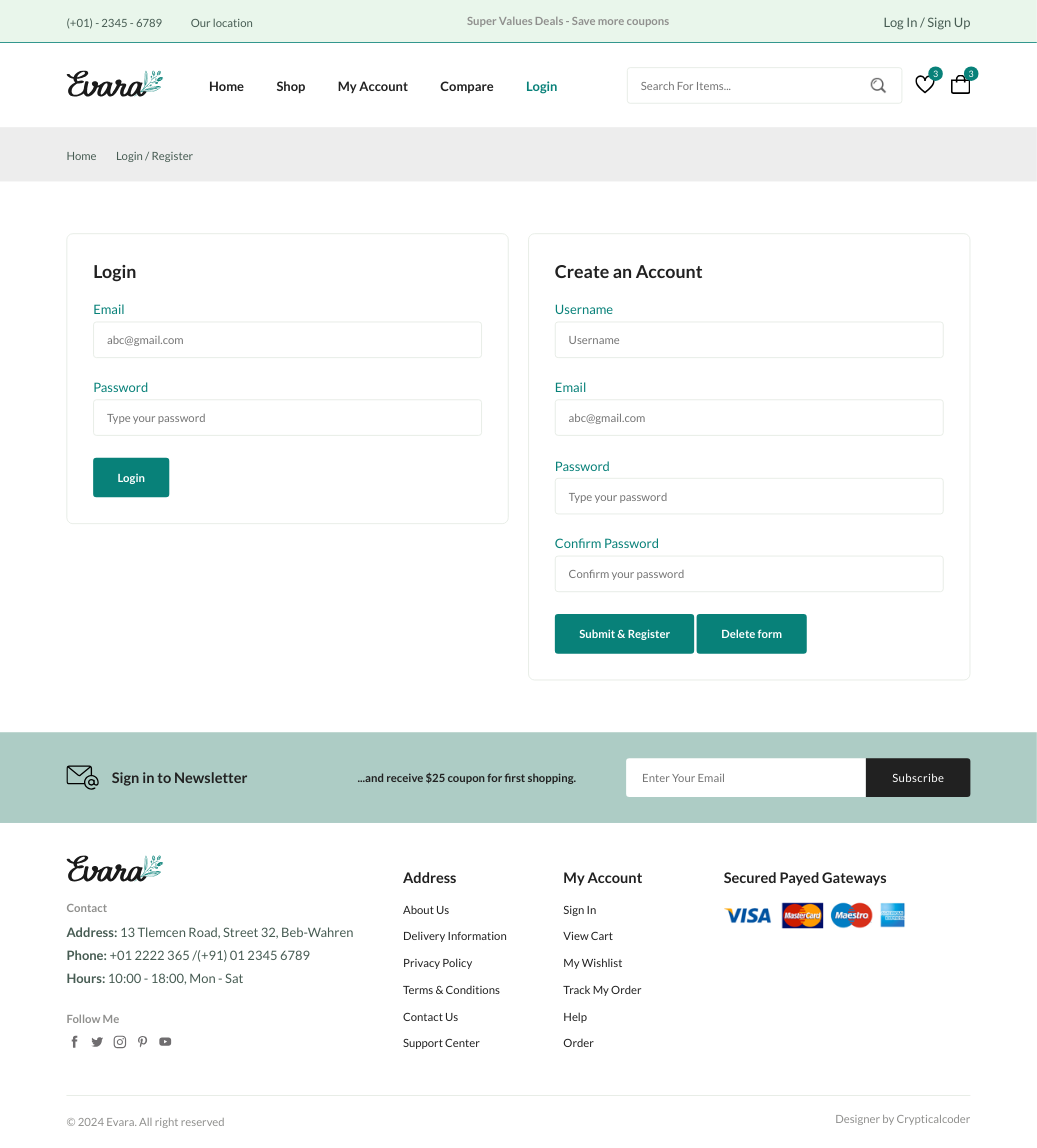
Repository: binhphanbp/evara-ecommerce
Page: login-register.html
The author's editor kept a copy of each file at every save. The page is drawn from the files as they stood at one save, then again after the next save.
The browser window is 1280 px wide. The pictures show the whole page, at 81% of full size.

Above is the page before, as saved 2025-04-14 17:39:02.

After the next save:
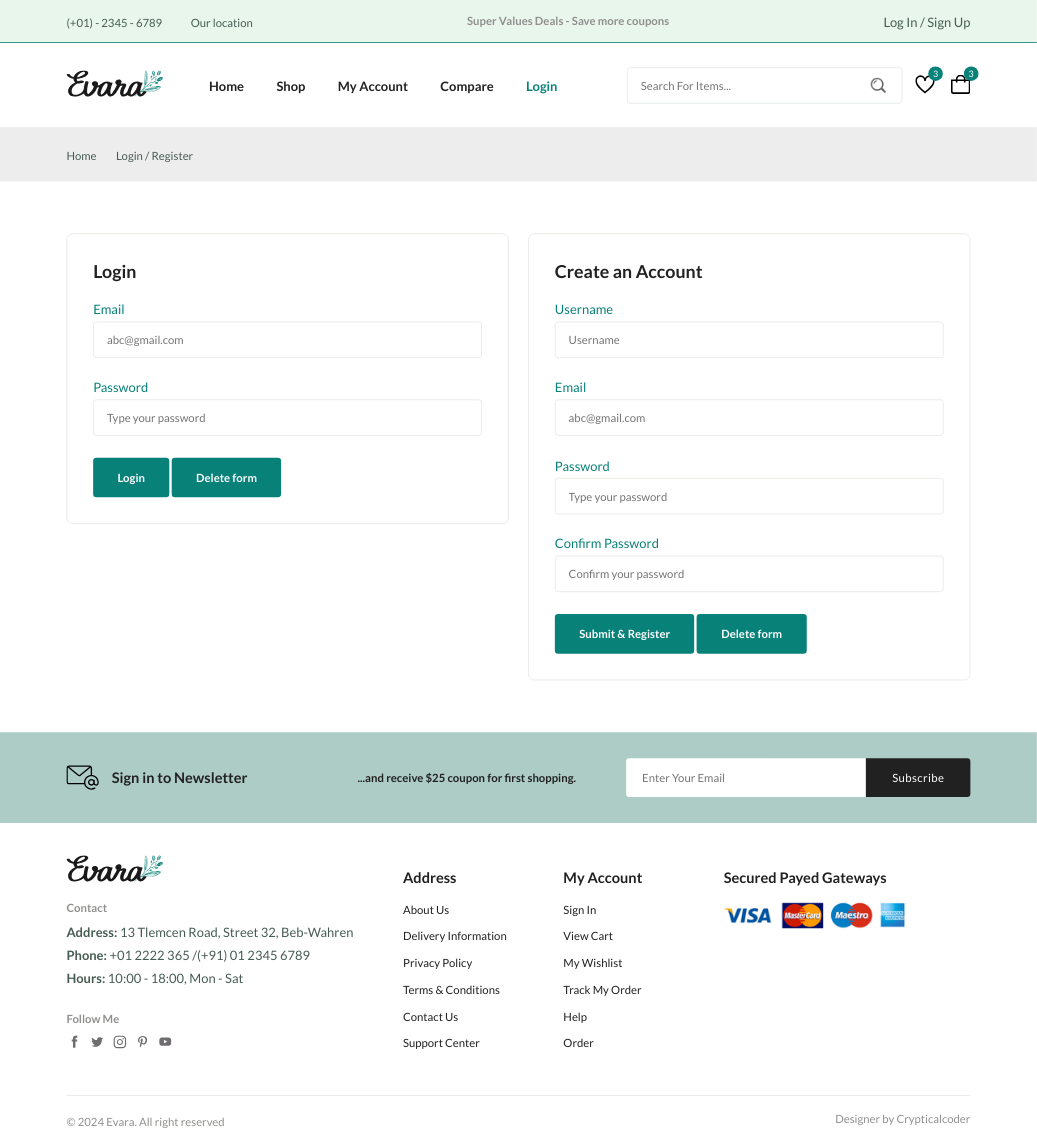
Saved 26 s later.
--- a/login-register.html
+++ b/login-register.html
@@ -132,6 +132,7 @@
               </div>
               <div class="form__btn">
                 <button class="btn" type="submit">Login</button>
+                <button class="btn btn-delete">Delete form</button>
               </div>
             </form>
           </div>
@@ -182,7 +183,7 @@
               </div>
               <div class="form__btn">
                 <button class="btn" type="submit">Submit &amp; Register</button>
-                <button class="btn">Delete form</button>
+                <button class="btn btn-delete">Delete form</button>
               </div>
             </form>
           </div>
